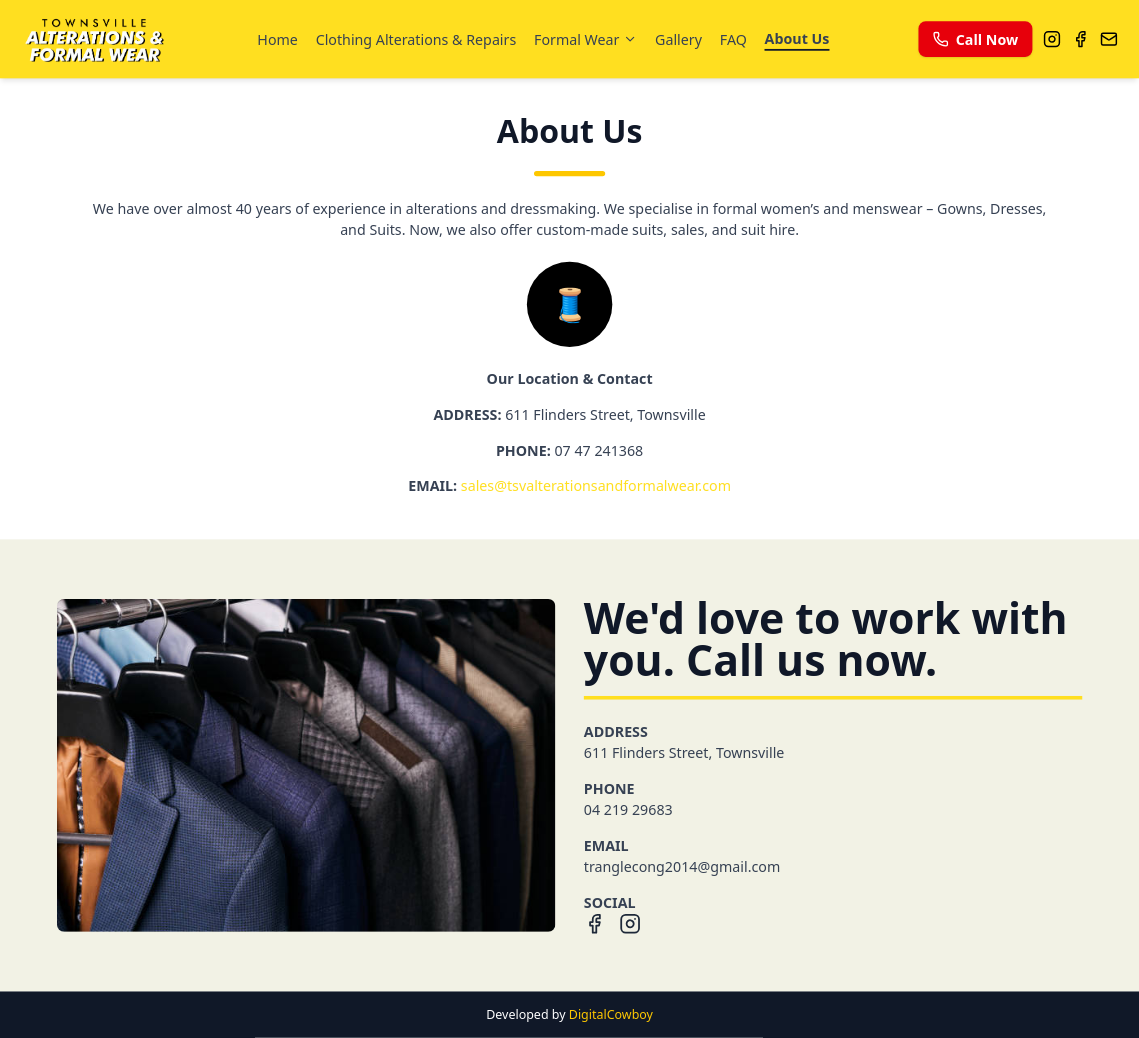
Repository: tarekhasan1/townsville-alteration
Page: /about-us
The author's editor kept a copy of each file at every save. The page is drawn from the files as they stood at one save, then again after the next save.
The browser window is 1280 px wide. The pictures show the whole page, at 89% of full size.
The project was rebuilt for these pictures with package versions that can differ from the ones it lists, and the page was loaded fresh each time. The framework's server and built-in components were replaced by stand-ins that run in the browser. Also part of the build but not shown: next.config.ts.

Above is the page before, as saved 2026-01-21 06:20:16.

After the next save:
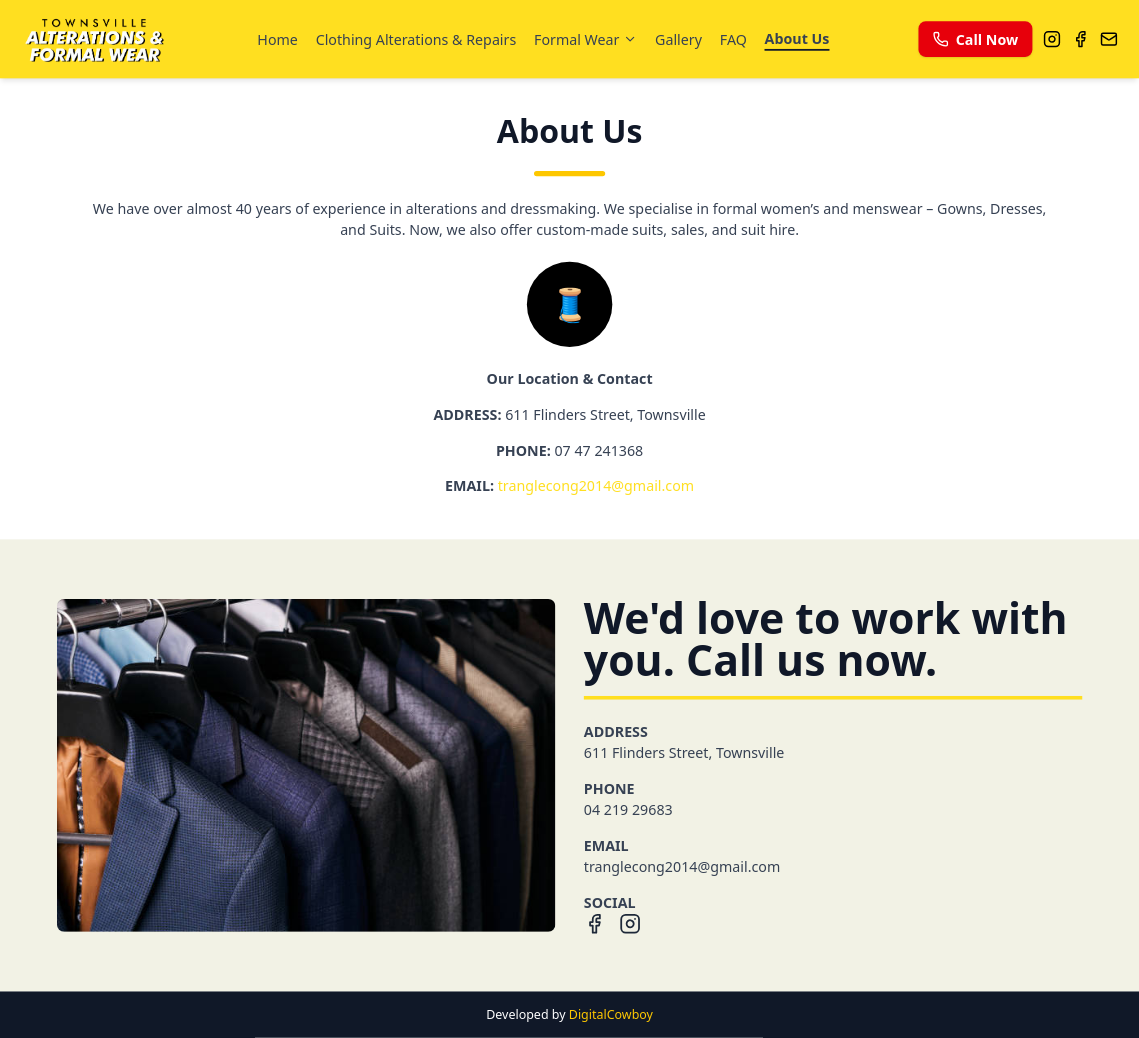
Saved 9 min 59 s later.
--- a/src/components/AboutUsSection.tsx
+++ b/src/components/AboutUsSection.tsx
@@ -20,7 +20,7 @@ export default function AboutUsSection() {
                 <h3 className="font-bold">Our Location & Contact</h3>
                 <p><strong>ADDRESS:</strong> 611 Flinders Street, Townsville</p>
                 <p><strong>PHONE:</strong> 07 47 241368</p>
-                <a href='mailto:sales@tsvalterationsandformalwear.com'><strong>EMAIL:</strong> <span className="text-yellow-300">sales@tsvalterationsandformalwear.com</span></a>
+                <a href='mailto:tranglecong2014@gmail.com'><strong>EMAIL:</strong> <span className="text-yellow-300">tranglecong2014@gmail.com</span></a>
             </div>
         </section>
     );
